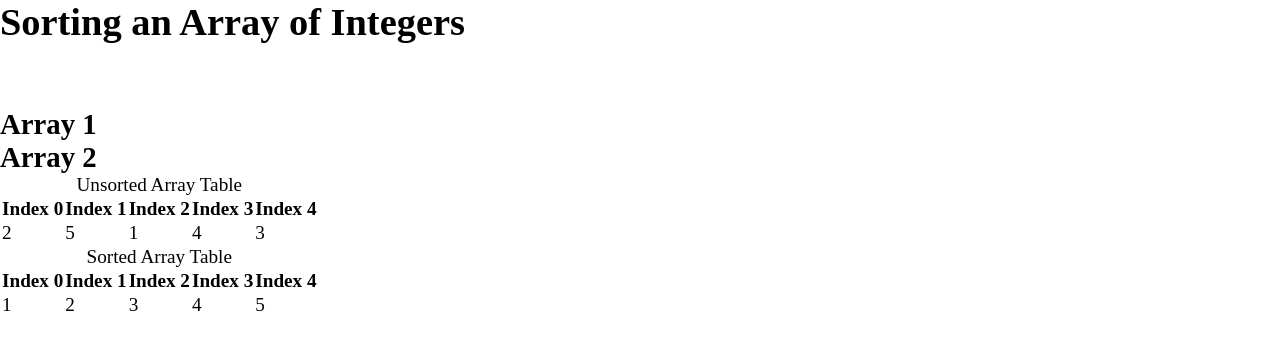
Repository: mlmEFSC21/P16-Sorting-Integers
Page: sort.html
The author's editor kept a copy of each file at every save. The page is drawn from the files as they stood at one save, then again after the next save.
The browser window is 1280 px wide. The pictures show the whole page.

Above is the page before, as saved 2022-03-24 18:00:23.

### sort.html
<!DOCTYPE html>
<html lang="en">
    <head>
        <meta charset="UTF-8" />
        <meta http-equiv="X-UA-Compatible" content="IE=edge" />
        <meta name="viewport" content="width=device-width, initial-scale=1.0" />
        <link rel="stylesheet" href="sort.css" />
        <!-- <script defer src="sort.js"></script> -->
        <title>Array Sorting</title>
    </head>
    <body>
        <header class="mainHeader">
            <h1>Sorting an Array of Integers</h1>
        </header>
        <section>
            <div class="arrayContainer" id="arrayContainer">
                <h2 class="unsorted" id="unsorted">Array 1</h2>
                <h2 class="sorted" id="sorted">Array 2</h2>
                <table class="unsortedTable" id="unsortedTable">
                    <caption>
                        Unsorted Array Table
                    </caption>
                    <thead>
                        <th>Index 0</th>
                        <th>Index 1</th>
                        <th>Index 2</th>
                        <th>Index 3</th>
                        <th>Index 4</th>
                    </thead>
                    <tbody>
                        <tr>
                            <td>2</td>
                            <td>5</td>
                            <td>1</td>
                            <td>4</td>
                            <td>3</td>
                        </tr>
                    </tbody>
                </table>
                <table class="sortedTable" id="sortedTable">
                    <caption>
                        Sorted Array Table
                    </caption>
                    <thead>
                        <th>Index 0</th>
                        <th>Index 1</th>
                        <th>Index 2</th>
                        <th>Index 3</th>
                        <th>Index 4</th>
                    </thead>
                    <tbody>
                        <tr>
                            <td>1</td>
                            <td>2</td>
                            <td>3</td>
                            <td>4</td>
                            <td>5</td>
                        </tr>
                    </tbody>
                </table>
            </div>
        </section>
    </body>
</html>

### sort.css
*,
*::after,
*::before {
    box-sizing: border-box;
    margin: 0;
    padding: 0;
}
body {
    font-size: larger;
}
.mainHeader {
    display: flex;
    height: 15vh;
}
h1 {
    text-align: center;
}

After the next save:
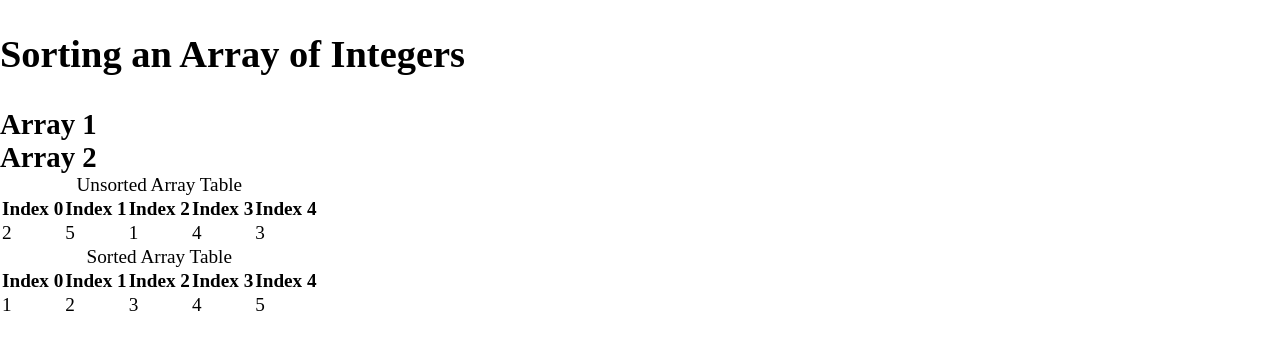
Saved 17 s later.
--- a/sort.css
+++ b/sort.css
@@ -13,5 +13,5 @@ body {
     height: 15vh;
 }
 h1 {
-    text-align: center;
+    align-self: center;
 }
